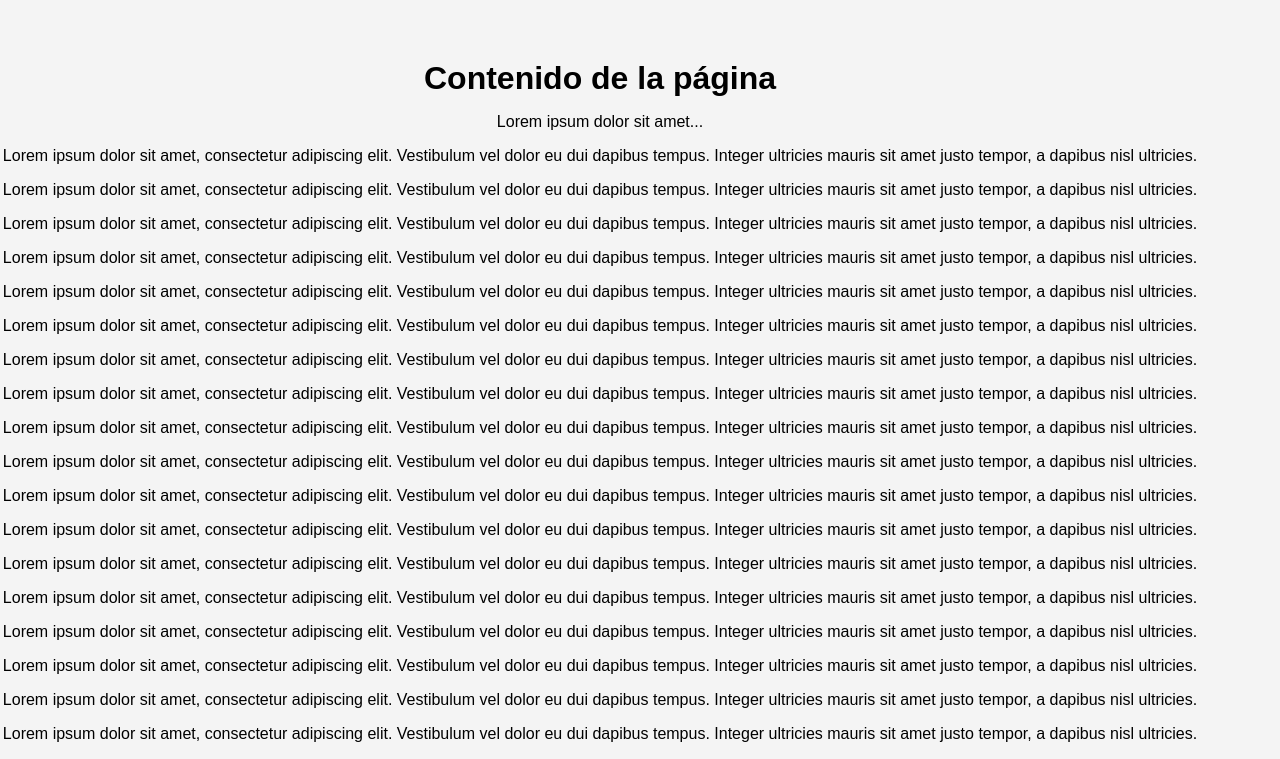
Repository: JoyMoGas/HelujaArc
Page: http://localhost/
The author's editor kept a copy of each file at every save. The page is drawn from the files as they stood at one save, then again after the next save.
The browser window is 1280 px wide. The pictures show the part of the page from y = 500 to 1259 px (the page is 1259 px tall before and 1225 px after).
Backgrounds fixed to the window are drawn as part of the page. The page is served by the project's application, run on Flask 3 (run.py).

Above is the page before, as saved 2024-08-11 18:25:32.

After the next save:
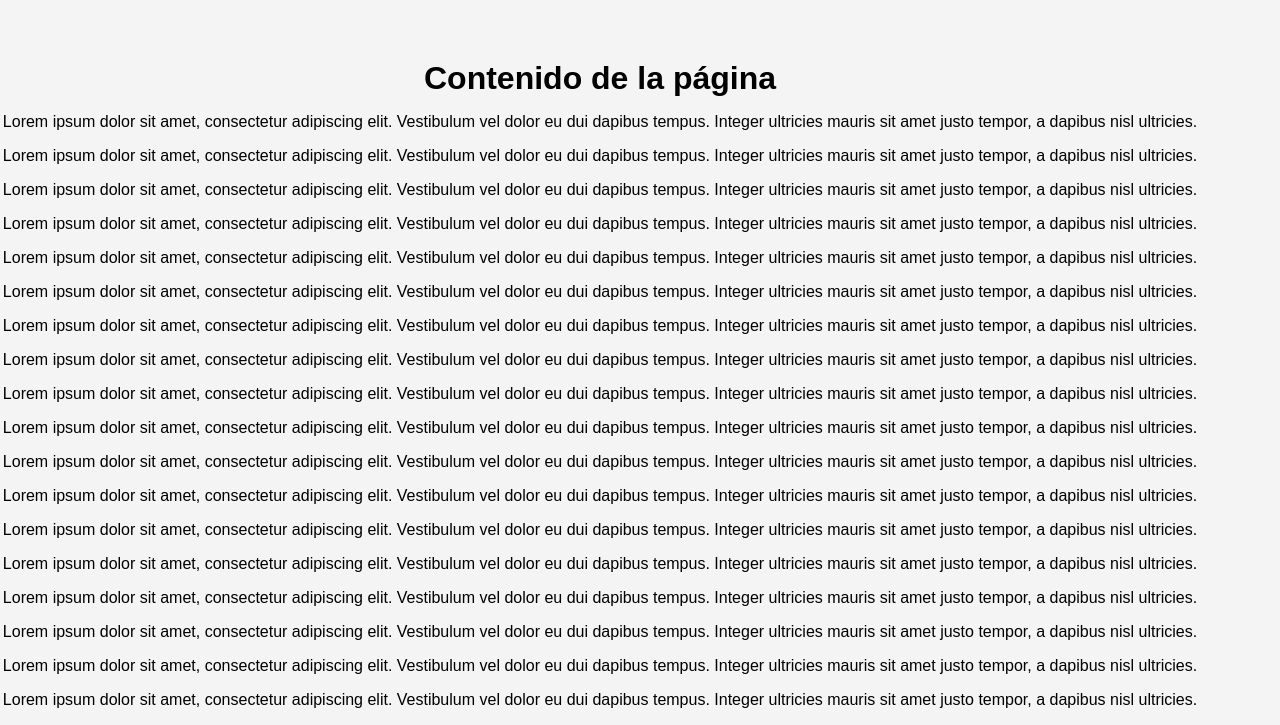
Saved 95 s later.
--- a/templates/index.html
+++ b/templates/index.html
@@ -9,7 +9,7 @@
 <body>
     <div class="navbar">
         <div class="navbar-logo">
-            <a href="#"><img id="logo" src="{{url_for('static', filename='logo.png')}}" alt="Logo"></a> <!-- Reemplaza con la URL de tu logo -->
+            <img id="logo" src="{{ url_for('static', filename='logo.png') }}" alt="Logo"> <!-- Reemplaza con la URL de tu logo -->
         </div>
         <div class="navbar-links">
             <nav>
@@ -28,8 +28,7 @@
     <div class="content">
         <h1>Contenido de la página</h1>
         <!-- Más contenido aquí -->
-        <p>Lorem ipsum dolor sit amet...</p>
-        <!-- El contenido extendido se mantendrá en la página -->
+        <!-- (Contenido extendido) -->
         <p>Lorem ipsum dolor sit amet, consectetur adipiscing elit. Vestibulum vel dolor eu dui dapibus tempus. Integer ultricies mauris sit amet justo tempor, a dapibus nisl ultricies.</p>
         <p>Lorem ipsum dolor sit amet, consectetur adipiscing elit. Vestibulum vel dolor eu dui dapibus tempus. Integer ultricies mauris sit amet justo tempor, a dapibus nisl ultricies.</p>
         <p>Lorem ipsum dolor sit amet, consectetur adipiscing elit. Vestibulum vel dolor eu dui dapibus tempus. Integer ultricies mauris sit amet justo tempor, a dapibus nisl ultricies.</p>
